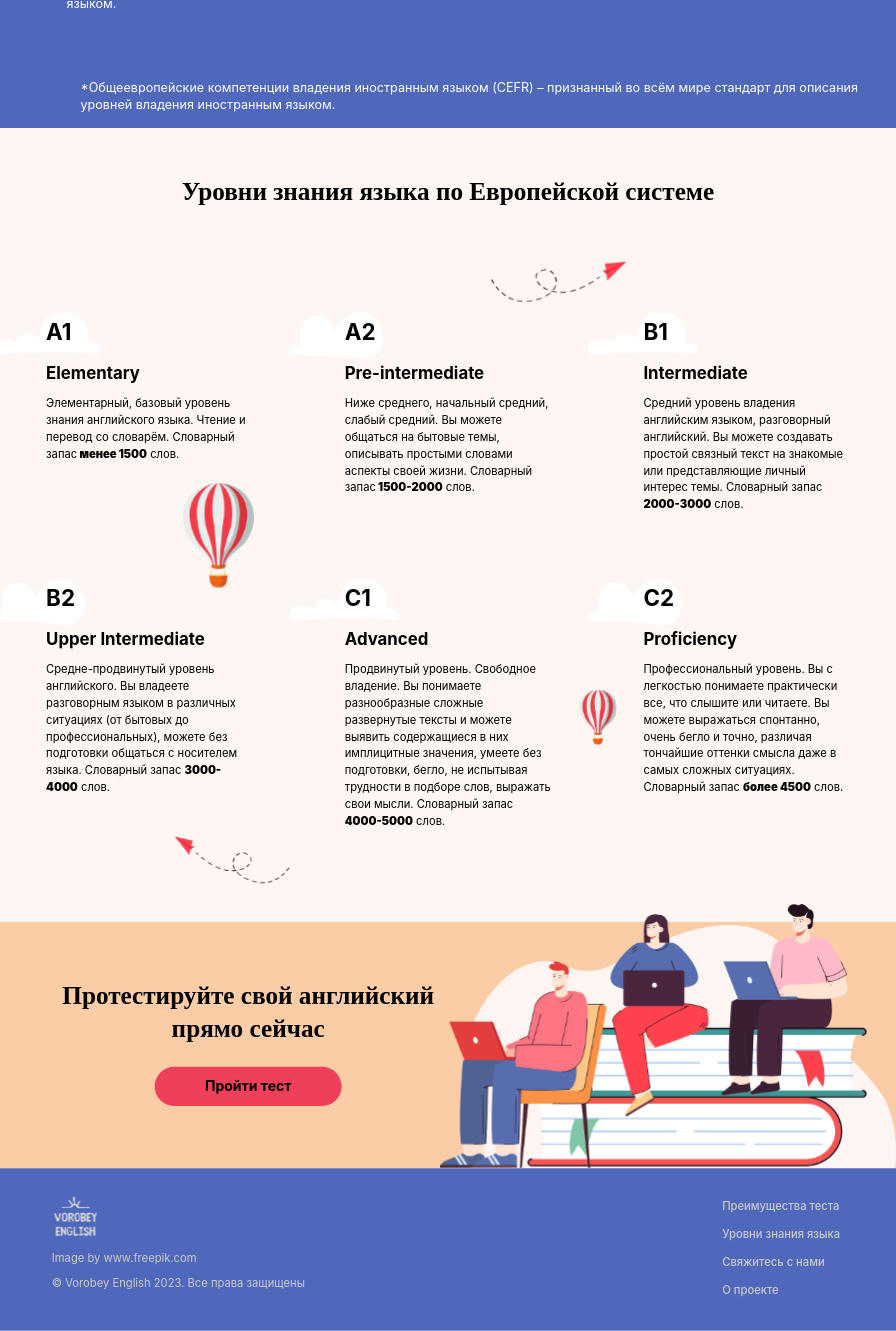
Repository: WladimirVA/Diplom
Page: templates/Index.html
These files come from the project's save history. The page is drawn as it stood at one moment and after the next save; the edit follows.
The browser window is 1280 px wide. The pictures show the part of the page from y = 1920 to 3840 px (the page is 3821 px tall before and 3840 px after), at 70% of full size.

Above is the page before, as saved 2023-05-04 14:21:13.

### templates/Index.html
<!DOCTYPE html>
<html lang="ru">
<head>
    <meta charset="UTF-8">
    <meta http-equiv="X-UA-Compatible" content="IE=edge">
    <meta name="viewport" content="width=device-width, initial-scale=1.0">
    <link href="../static/css/style.css" rel="stylesheet" type="text/css">
    <link href="../static/css/fonts.css" rel="stylesheet" type="text/css">
    <link href="../static/css/slider.css">
    <link rel="icon" sizes="16x16" href="./static/img/Иконка _Лого_ (1_1).svg" type="image/x-icon">
    <title>Vorobeyenglish</title>
</head>
<body>
<script src="../static/js/listmenu.js"></script>
<header class="header" di="HOME">
    <div class="section">
        <div class="section-header">
            <div class="logo">
                <img src="../static/img/Иконка _Лого_ (1).svg">
            </div>
            <nav>
                <div class="dropdown">
                    <!-- <button onclick="myFunction()" class="dropbtn"> Выпадающий</button> -->
                    <a onclick="myFunction()"><img class="dropbtn" src="../static/img/Vector (6).svg"></a>
                    <div id="myDropdown" class="dropdown-content">
                        <div class="Name-logo">
                            <a href="#"><img class="Name-logo-mob1" src="../static/img/Иконка _Лого_ (1).svg"></a>
                            <img class="Name-logo-img1-info" src="../static/img/Ellipse 6 (2).svg">
                            <a href="#"><img class="Name-logo-img-info Name-logo-mob" src="../static/img/Vector (5).svg"></a>
                        </div>
                        <div class="header-nav-mob">
                            <a class="link" href="№">Главная</a>
                            <a class="link" href="#ADVAN_TEST">Преимущества теста</a>
                            <a class="link" href="#LANGUAGE_LEVELS">Уровни знания языка</a>
                            <a class="link" href="#ADVAN_TEST">Пройти тест</a>
                            <a class="link" href="#">О проекте</a>
                            <a class="link" href="mailto:englishtest@yandex.ru">Свяжитесь с нами</a>
                        </div>
                        </div>
                </div>

                <ul class="header-nav">
                    <li><a class="link" href="#ADVAN_TEST">Преимущества теста</a></li>
                    <li><a class="link" href="#LANGUAGE_LEVELS">Уровни знания языка</a></li>
                    <li><a class="link" href="mailto:englishtest@yandex.ru">Свяжитесь с нами</a></li>
                    <li><a class="link" href="#">О проекте</a></li>
                </ul>
            </nav>
        </div>
    </div>
</header>
<main>
    <section class="HOME">
        <div class="section">
            <div class="content">
                <h1 class="title">
                    проверь свой уровень <br>английского
                </h1>
                <div class="section-home">

                    <div class="title-home">

                        <p class="home_p">
                            Пройдите наш <span  style="font-weight:900"> бесплатный <br></span> онлайн-тест и узнайте свой уровень <br>владения английским языком
                        </p>
                        <ul class="home_ul">
                            <li class="home_li"><img class="check" src="../static/img/Иконка _Галочка_ 3.svg">Без регистрации</li>
                            <li class="home_li"><img class="check" src="../static/img/Иконка _Галочка_ 3.svg">Без ограничений по времени</li>
                            <li class="home_li"><img class="check" src="../static/img/Иконка _Галочка_ 3.svg">По международным стандартам</li>
                        </ul>
                        <div class="buttonsHome">
                            <form action="../next_test" method="post">
                                <button class="button_home">Пройти тест</button>
                            </form>
                        </div>
                    </div>
                    <div class="image-home">
                        <img src="../static/img/иллюстр 6 (1).svg">
                    </div>
                </div>
            </div>

        </div>
    </section>
    <section class="WHY-TEST">
        <div class="section">
            <div class="">
                <div class="section-home-1">
                    <h1 class="title_2">Почему важно знать<br>свой уровень английского?</h1>
                    <div class="section-home-2">
                        <div class="image-home-2">
                            <img src="../static/img/иллюстр 2 1.svg">
                        </div>
                        <div class="home_p home-text">
                            <p>Если Вы решили улучшить свой английский, перед началом обучения всегда надо определить свой уровень знаний.</p>
                            <p class="p-text">Тест на определение уровня английского языка позволяет понять, с какого уровня следует начинать занятия, помогает преподавателю грамотно составить программу обучения, оценить сильные стороны ученика.</p>
                        </div>
                    </div>
                </div>
            </div>
        </div>
    </section>
    <section class="ADVAN_TEST" id="ADVAN_TEST">
        <div class="section">
            <div class="content">
                <div class="content_img">
                    <img class="rot-sheet" src="../static/img/shestirenki/Vector (3).png">
                    <img class="rot-sheet-1" src="../static/img/shestirenki/Vector (4).png">
                    <img class="rot rot-img1" src="../static/img/shestirenki/Vector (5).svg">
                    <img class="rot1 rot-img2" src="../static/img/shestirenki/Vector (7).svg">
                    <img class="rot rot-img3" src="../static/img/shestirenki/Vector (6).svg">
                </div>
                <div class="text_test">
                    <h1 class="title_3">Преимущества тестирования</h1>
                </div>
                <div class="content-ADVAN_TEST">
                    <div class="quality test-info">
                        <img src="../static/img/Mask group 1.svg">
                        <h3 class="advan-test">Стандарт качества</h3>
                        <p class="advan-test-p">Тест содержит 60 вопросов и разработан в соответствии с международной классификацией CEFR*. </p>
                        <p class="advan-test-p advan-test-p-2-mob">*Общеевропейские компетенции владения иностранным языком (CEFR) – признанный во всём мире стандарт для описания уровней владения иностранным языком. </p>

                    </div>
                    <div class="free test-info">
                        <img src="../static/img/Mask group2 1.svg">
                        <h3 class="advan-test">Полностью бесплатно</h3>
                        <p class="advan-test-p">Проверьте свой уровень английского бесплатно — регистрироваться и вводить email не нужно.</p>
                    </div>
                    <div class="availability test-info">
                        <img src="../static/img/Mask group1 1.svg">
                        <h3 class="advan-test">Доступность</h3>
                        <p class="advan-test-p">Тестирование можно пройти с любого устройства: компьютера, планшета или смартфона. Нужен только интернет.</p>
                    </div>
                </div>
                <div class="content_img_mob">
                    <img class="rot-sheet" src="../static/img/shestirenki/Vector (3).png">
                    <img class="rot-sheet-1" src="../static/img/shestirenki/Vector (4).png">
                    <img class="rot rot-img1" src="../static/img/shestirenki/Vector (5).svg">
                    <img class="rot1 rot-img2" src="../static/img/shestirenki/Vector (7).svg">
                    <img class="rot rot-img3" src="../static/img/shestirenki/Vector (6).svg">
                </div>
                <p class="advan-test-p advan-test-p-2">*Общеевропейские компетенции владения иностранным языком (CEFR) – признанный во всём мире стандарт для описания уровней владения иностранным языком. </p>
            </div>
        </div>
    </section>
    <section class="LANGUAGE_LEVELS" id="LANGUAGE_LEVELS">
        <div class="section">
            <div class="content">
                <div class="text_test">
                    <h1 class="title_3">Уровни знания языка по Европейской системе</h1>
                    <img src="../static/img/иллюстр 1 1.svg">
                </div>
                <div class="container container_lev">
                    <div class="box-1 container-box">
                        <img class="cloud" src="../static/img/Vector 5.svg">
                        <h3>А1</h3>
                        <p class="container-box-p">Elementary</p>
                        <p class="container-box-p2">Элементарный, базовый уровень знания английского языка. Чтение и перевод со словарём. Словарный запас<span  style="font-weight:900"> менее 1500</span> слов.</p>
                        <img class="ball" src="../static/img/иллюстр 3 1.svg">
                    </div>
                    <div class="box-1 container-box">
                        <img class="cloud" src="../static/img/Vector 1 1.png">
                        <h3>А2</h3>
                        <p class="container-box-p">Pre-intermediate</p>
                        <p class="container-box-p2">Ниже среднего, начальный средний, слабый средний. Вы можете общаться на бытовые темы, описывать простыми словами аспекты своей жизни. Словарный запас<span  style="font-weight:900"> 1500-2000</span> слов.</p>
                    </div>
                    <div class="box-1 container-box">
                        <img class="cloud" src="../static/img/Vector 5.svg">
                        <h3>B1</h3>
                        <p class="container-box-p">Intermediate</p>
                        <p class="container-box-p2">Средний уровень владения английским языком, разговорный английский. Вы можете создавать простой связный текст на знакомые или представляющие личный интерес темы. Словарный запас<span  style="font-weight:900"> 2000-3000</span> слов.</p>
                    </div>
                    <div class="box-1 container-box">
                        <img class="cloud" src="../static/img/Vector 1 1.png">
                        <h3>B2</h3>
                        <p class="container-box-p">Upper Intermediate</p>
                        <p class="container-box-p2">Средне-продвинутый уровень английского. Вы владеете разговорным языком в различных ситуациях (от бытовых до профессиональных), можете без подготовки общаться с носителем языка. Словарный запас <span  style="font-weight:900">3000-4000</span> слов.</p>
                        <img class="ball-2" src="../static/img/иллюстр 5 1.svg">
                    </div>
                    <div class="box-1 container-box">
                        <img class="cloud" src="../static/img/Vector 5.svg">
                        <h3>C1</h3>
                        <p class="container-box-p">Advanced</p>
                        <p class="container-box-p2">Продвинутый уровень. Свободное владение. Вы понимаете разнообразные сложные развернутые тексты и можете выявить содержащиеся в них имплицитные значения, умеете без подготовки, бегло, не испытывая трудности в подборе слов, выражать свои мысли. Словарный запас <span  style="font-weight:900">4000-5000</span> слов.</p>
                        <img class="ball-3" src="../static/img/иллюстр 4 1.svg">
                    </div>
                    <div class="box-1 container-box">
                        <img class="cloud" src="../static/img/Vector 1 1.png">
                        <h3>C2</h3>
                        <p class="container-box-p">Proficiency</p>
                        <p class="container-box-p2">Профессиональный уровень. Вы с легкостью понимаете практически все, что слышите или читаете. Вы можете выражаться спонтанно, очень бегло и точно, различая тончайшие оттенки смысла даже в самых сложных ситуациях. Словарный запас <span  style="font-weight:900">более 4500</span> слов.</p>
                    </div>
                </div>
                <div class="container_mob">
                    <div class="itc-slider__wrapper">
                        <div class="viewport">
                            <div class="slider">
                                <div class="item"><!-- Начало 1 слайда -->
                                    <div class="box-1 container-box">
                                        <img class="cloud" src="../static/img/Vector 5.svg">
                                        <h3>А1</h3>
                                        <p class="container-box-p">Elementary</p>
                                        <p class="container-box-p2">Элементарный, базовый уровень знания английского языка. Чтение и перевод со словарём. Словарный запас<span  style="font-weight:900"> менее 1500</span> слов.</p>
                                        <img class="ball" src="../static/img/иллюстр 3 1.svg">
                                    </div>
                                </div> <!-- Конец 1 слайда -->
                                <div class="item"><!-- Начало 2 слайда -->
                                    <div class="box-1 container-box">
                                        <img class="cloud" src="../static/img/Vector 1 1.png">
                                        <h3>А2</h3>
                                        <p class="container-box-p">Pre-intermediate</p>
                                        <p class="container-box-p2">Ниже среднего, начальный средний, слабый средний. Вы можете общаться на бытовые темы, описывать простыми словами аспекты своей жизни. Словарный запас<span  style="font-weight:900"> 1500-2000</span> слов.</p>
                                    </div>
                                </div><!-- Конец 2 слайда -->
                                <div class="item"><!-- Начало 3 слайда -->
                                    <div class="box-1 container-box">
                                        <img class="cloud" src="../static/img/Vector 5.svg">
                                        <h3>B1</h3>
                                        <p class="container-box-p">Intermediate</p>
                                        <p class="container-box-p2">Средний уровень владения английским языком, разговорный английский. Вы можете создавать простой связный текст на знакомые или представляющие личный интерес темы. Словарный запас<span  style="font-weight:900"> 2000-3000</span> слов.</p>
                                    </div>
                                </div><!-- Конец 3 слайда -->
                                <div class="item"><!-- Начало 4 слайда -->
                                    <div class="box-1 container-box">
                                        <img class="cloud" src="../static/img/Vector 1 1.png">
                                        <img class="ball-2" src="../static/img/иллюстр 5 1.svg">
                                        <h3>B2</h3>
                                        <p class="container-box-p">Upper Intermediate</p>
                                        <p class="container-box-p2">Средне-продвинутый уровень английского. Вы владеете разговорным языком в различных ситуациях (от бытовых до профессиональных), можете без подготовки общаться с носителем языка. Словарный запас <span  style="font-weight:900">3000-4000</span> слов.</p>
                                    </div>
                                </div><!-- Конец 4 слайда -->
                                <div class="item"><!-- Начало 5 слайда -->
                                    <div class="box-1 container-box">
                                        <img class="ball-3" src="../static/img/иллюстр 4 1.svg">
                                        <img class="cloud" src="../static/img/Vector 5.svg">
                                        <h3>C1</h3>
                                        <p class="container-box-p">Advanced</p>
                                        <p class="container-box-p2">Продвинутый уровень. Свободное владение. Вы понимаете разнообразные сложные развернутые тексты и можете выявить содержащиеся в них имплицитные значения, умеете без подготовки, бегло, не испытывая трудности в подборе слов, выражать свои мысли. Словарный запас <span  style="font-weight:900">4000-5000</span> слов.</p>
                                    </div>
                                </div><!-- Конец 5 слайда -->
                                <div class="item"><!-- Начало 6 слайда -->
                                    <div class="box-1 container-box">
                                        <img class="cloud" src="../static/img/Vector 1 1.png">
                                        <h3>C2</h3>
                                        <p class="container-box-p">Proficiency</p>
                                        <p class="container-box-p2">Профессиональный уровень. Вы с легкостью понимаете практически все, что слышите или читаете. Вы можете выражаться спонтанно, очень бегло и точно, различая тончайшие оттенки смысла даже в самых сложных ситуациях. Словарный запас <span  style="font-weight:900">более 4500</span> слов.</p>
                                    </div>
                                </div><!-- Конец 6 слайда -->
                            </div>
                        <div class="button111">
                            <div><a class="prev" onclick="minusSlide()"><img src="../static/img/Polygon 1.png"></a></div>
                            <div><a class="next" onclick="plusSlide()"><img src="../static/img/Polygon 2.png"></a></div>
                            <script src="../static/js/slider.js"></script>
                        </div>
                </div>
            </div>
        </div>
    </section>
    <section class="TEST">
        <div class="section">
            <div class="content">
                <div class="test-now">
                    <div class="test-now-text">
                        <h1 class="title_3">Протестируйте свой английский<br> прямо сейчас</h1>

                        <form action="../next_test" method="post">
                            <button class="button test_button">Пройти тест</button>
                        </form>

                    </div>
                    <div class="test-now-img">
                        <img src="../static/img/Group 78 1 (1).svg">
                    </div>
                </div>
            </div>
        </div>
    </section>
</main>
<footer class="FOOTER" id="FOOTER">
    <div class="section">
        <div class="section-footer">
            <div class="footer-logo">
                <img src="../static/img/Vector (3).svg">
                <p class="footer-logo-p">Image by www.freepik.com</p>
                <p class="footer-logo-p2">© Vorobey English 2023. Все права защищены</p>
            </div>
            <div class="footer-navi">
                <nav>
                    <ul class="footer-nav">
                        <li><a class="footer-link" href="#ADVAN_TEST">Преимущества теста</a></li>
                        <li><a class="footer-link" href="#LANGUAGE_LEVELS">Уровни знания языка</a></li>
                        <li><a class="footer-link" href="mailto:englishtest@yandex.ru">Свяжитесь с нами</a></li>
                        <li><a class="footer-link" href="#">О проекте</a></li>
                    </ul>
                </nav>
            </div>

        </div>
    </div>
</footer>
</body>
</html>

### static/css/fonts.css
/* @import url('https://fonts.googleapis.com/css2?family=Work+Sans:ital,wght@0,600;0,800;1,800&display=swap'); */


/* @import url('https://fonts.googleapis.com/css2?family=Inter:wght@400;500;600;700;800&family=Work+Sans:ital,wght@0,600;0,800;1,800&display=swap'); */

/*
@import url('https://fonts.googleapis.com/css2?family=Inter:wght@100;200;300;400;500;600;700;800;900&display=swap');

@import url('https://fonts.googleapis.com/css2?family=Inter:wght@100;200;300;400;500;600;700;800;900&family=Work+Sans:ital,wght@0,100;0,200;0,300;0,400;0,500;0,600;0,700;0,800;0,900;1,100;1,200;1,300;1,400;1,500;1,600;1,700;1,800;1,900&display=swap'); */

Loaded but not shown: static/js/slider.js (34 lines, source omitted); static/js/listmenu.js (18 lines, source omitted); static/css/style.css (906 lines, source omitted)

After the next save:
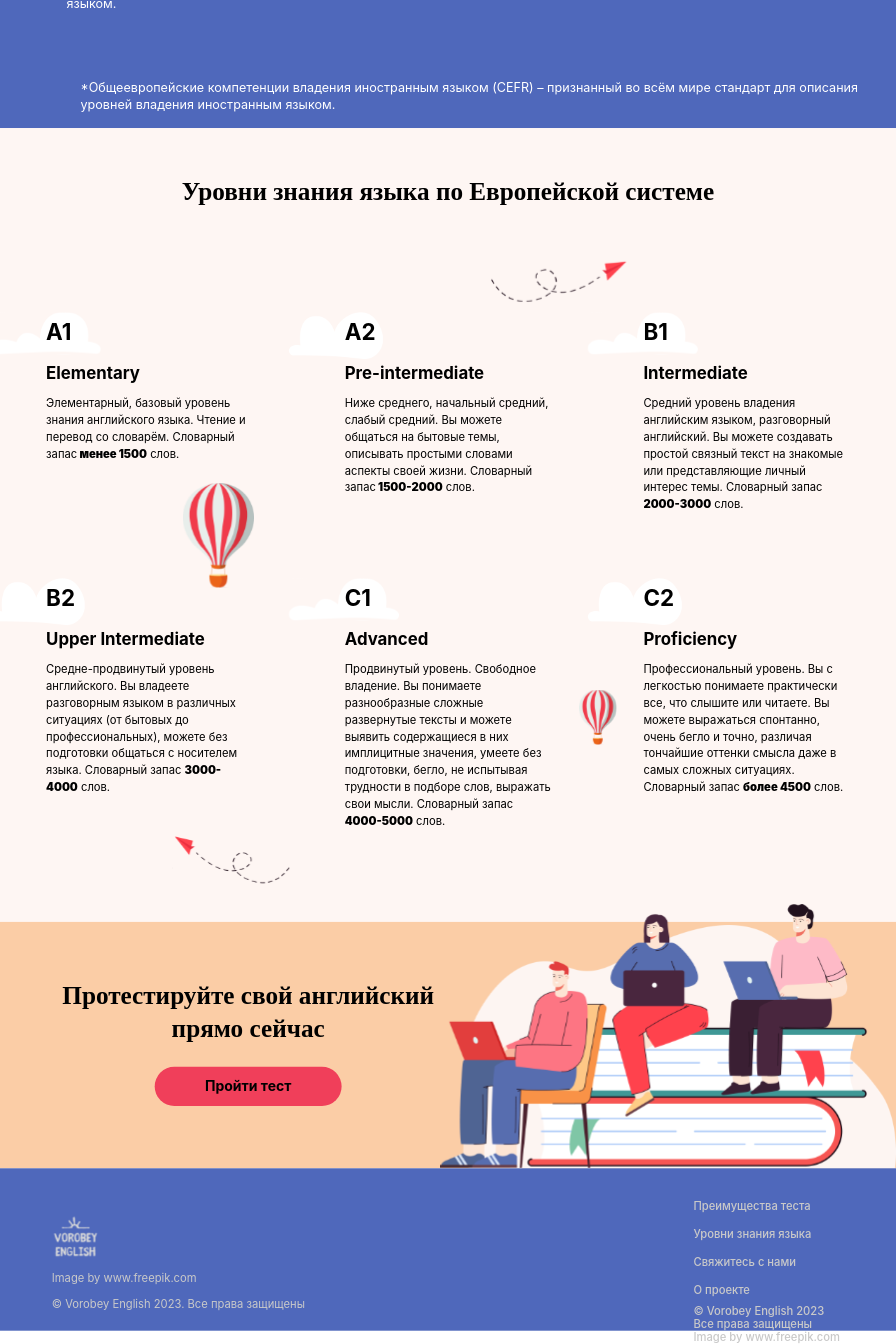
Saved 2 min 9 s later.
--- a/templates/Index.html
+++ b/templates/Index.html
@@ -291,6 +291,8 @@
                         <li><a class="footer-link" href="#LANGUAGE_LEVELS">Уровни знания языка</a></li>
                         <li><a class="footer-link" href="mailto:englishtest@yandex.ru">Свяжитесь с нами</a></li>
                         <li><a class="footer-link" href="#">О проекте</a></li>
+                        <li><p class="footer-link footer-link_mob">© Vorobey English 2023<br> Все права защищены</p></li>
+                        <li><p class="footer-link footer-link_mob" >Image by www.freepik.com</p></li>
                     </ul>
                 </nav>
             </div>
